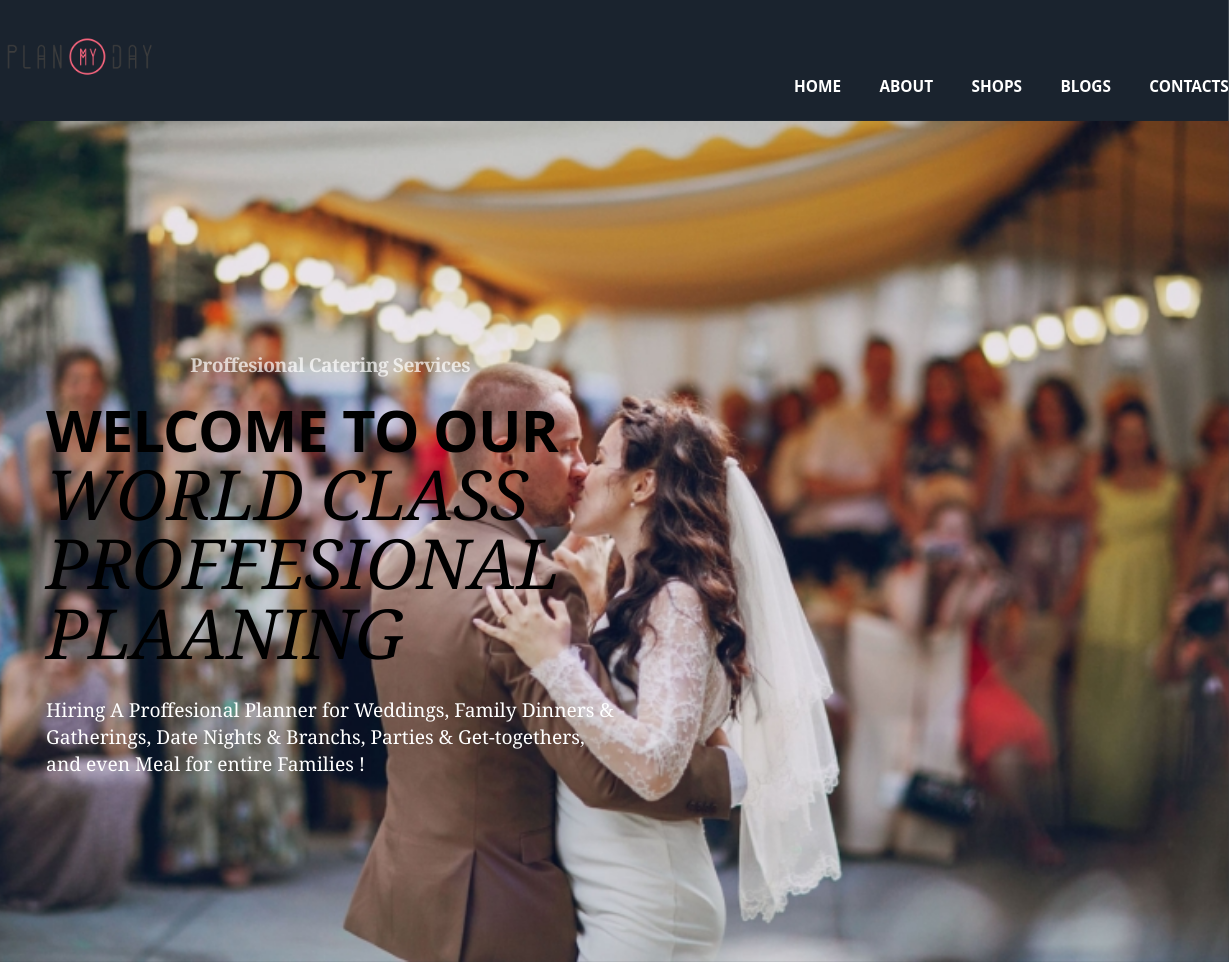
Repository: remydev47/eventsplanner
Page: /
The author's editor kept a copy of each file at every save. The page is drawn from the files as they stood at one save, then again after the next save.
The browser window is 1280 px wide. The pictures show the whole page, at 96% of full size.
The project was rebuilt for these pictures with package versions that can differ from the ones it lists, and the page was loaded fresh each time. The framework's server and built-in components were replaced by stand-ins that run in the browser. Also part of the build but not shown: next.config.js, components/Navbar.jsx, sections/Gallery.jsx, sections/Testimonial.jsx, sections/Plan.jsx, sections/Products.jsx, sections/Projects.jsx.

Above is the page before, as saved 2023-01-20 10:43:58.

After the next save:
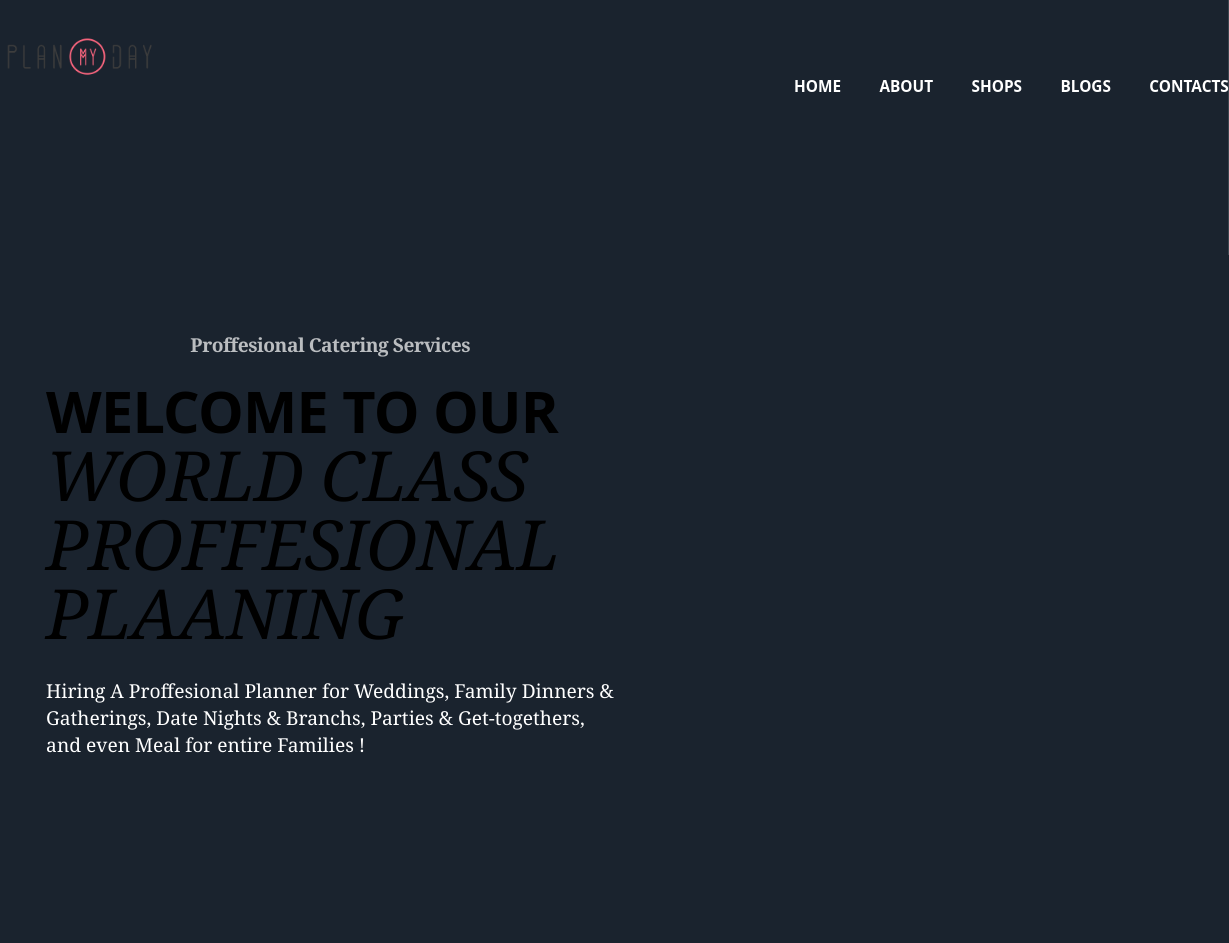
Saved 2 min 18 s later.
--- a/sections/Hero.jsx
+++ b/sections/Hero.jsx
@@ -1,11 +1,19 @@
 'use client';
+import { slideIn } from "@/utils/motion";
+import { motion } from "framer-motion";
 
 const Hero = () => {
     return(
     <section className='relative pt-48 pb-12 xl:pt-60 sm:pb-16 lg:pb-32 xl:pb-48 2xl:pb-56'>
-        <div className="absolute inset-0">
-         <img className="object-cover w-full h-full" src="/images/hero.jpg" alt="" />
-        </div>
+        <motion.div
+          variants={slideIn('right', 'tween', 0.2, 1)}
+          className="relative w-full md:-mt-[20px] -mt-[12px]"
+         >
+          <div className="absolute inset-0">
+           <img className="object-cover w-full h-full" src="/images/hero.jpg" alt="" />
+          </div>
+        </motion.div>
+
      <div className='relative'>
        <div className="px-6 mx-auto sm:px-8 lg:px-12 max-w-7xl">
         <div className="w-full lg:w-2/3 xl:w-1/2">

After the save that followed:
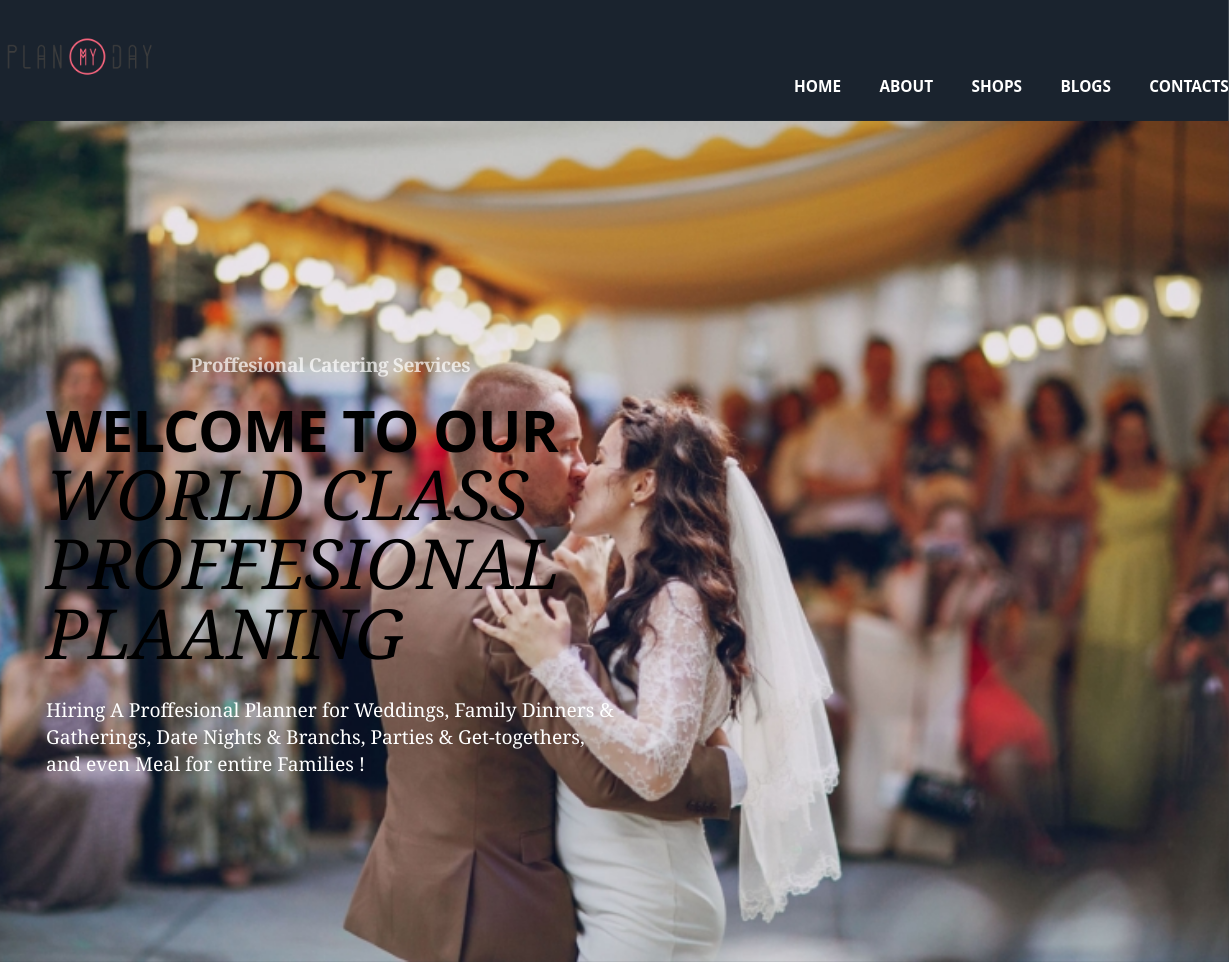
Saved 69 s later.
--- a/sections/Hero.jsx
+++ b/sections/Hero.jsx
@@ -7,7 +7,6 @@
     <section className='relative pt-48 pb-12 xl:pt-60 sm:pb-16 lg:pb-32 xl:pb-48 2xl:pb-56'>
         <motion.div
           variants={slideIn('right', 'tween', 0.2, 1)}
-          className="relative w-full md:-mt-[20px] -mt-[12px]"
          >
           <div className="absolute inset-0">
            <img className="object-cover w-full h-full" src="/images/hero.jpg" alt="" />
